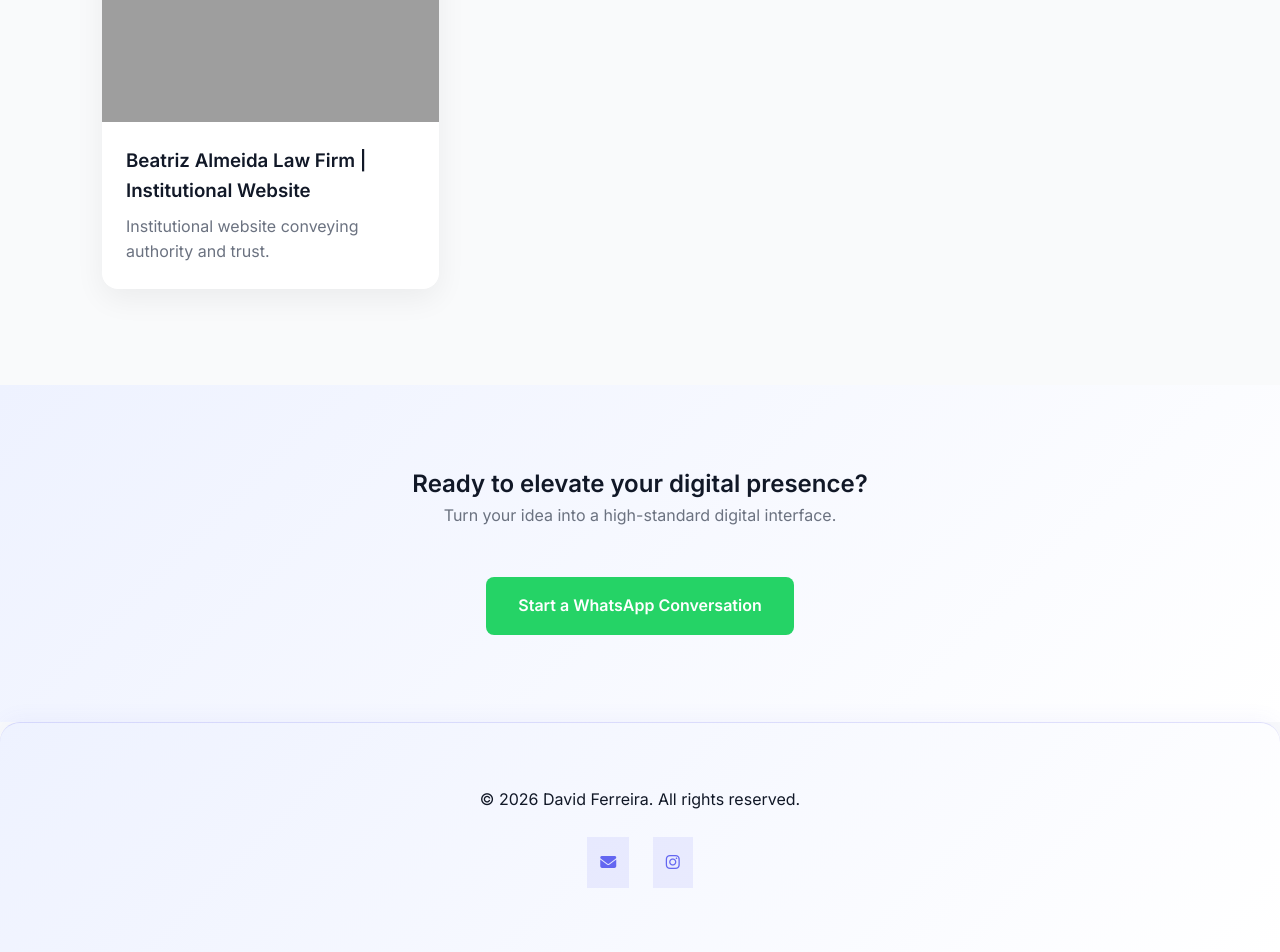
Repository: davidfsillva/David_Ferreira
Page: index.html
The author's editor kept a copy of each file at every save. The page is drawn from the files as they stood at one save, then again after the next save.
The browser window is 1280 px wide. The pictures show the part of the page from y = 1996 to 2948 px (the page is 2948 px tall).
Pictures or frames that could not be fetched are drawn as grey boxes.

Above is the page before, as saved 2026-02-11 15:16:43.
Console error: TypeError: Cannot read properties of null (reading 'addEventListener')

After the next save:
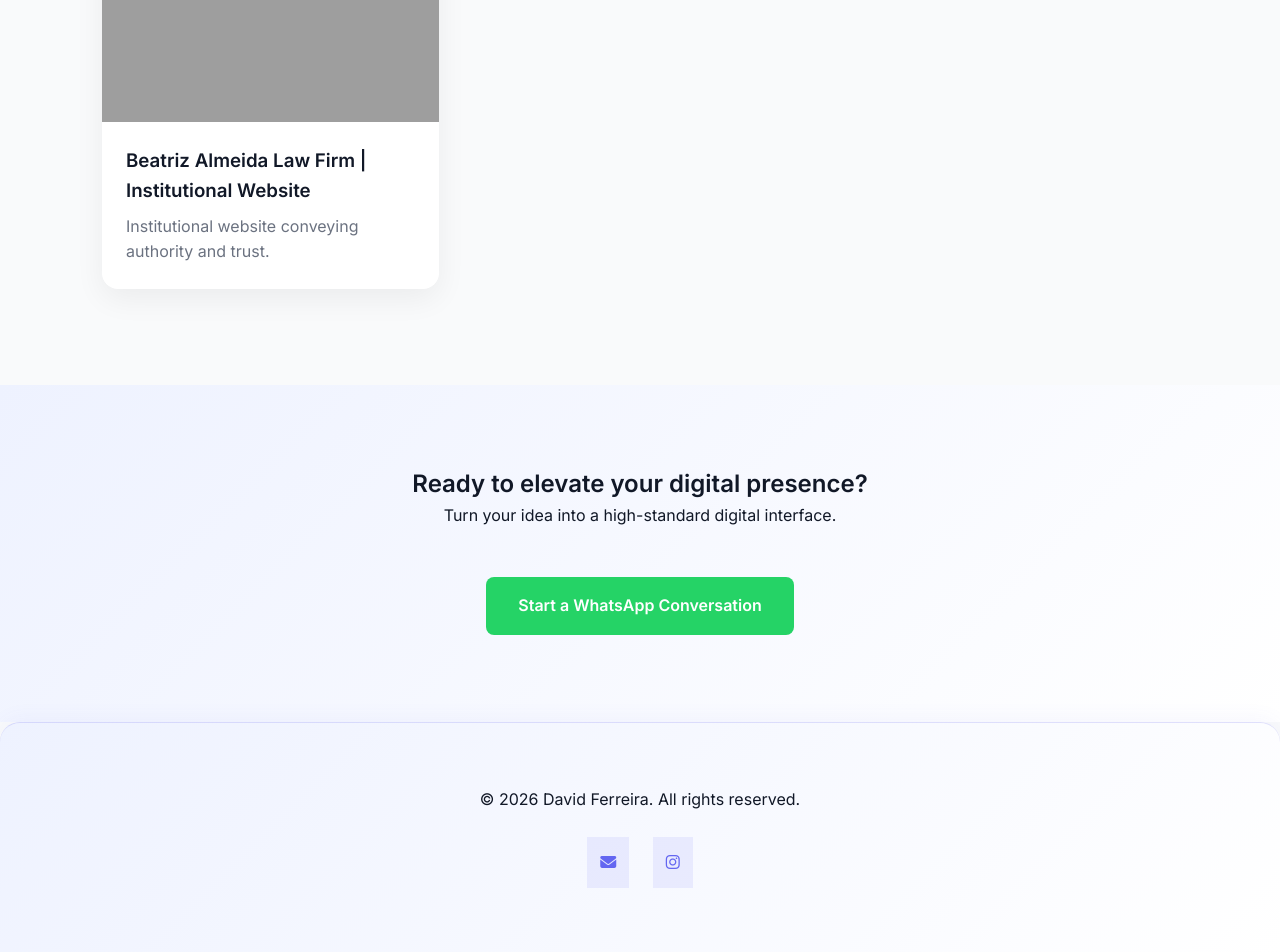
Saved 15 s later.
--- a/style.css
+++ b/style.css
@@ -444,7 +444,6 @@
 }
 
 .cta-section p {
-  color: var(--text-light);
   margin-bottom: 2.5rem; /* aumenta espaço abaixo do texto */
 }
 

After the save that followed:
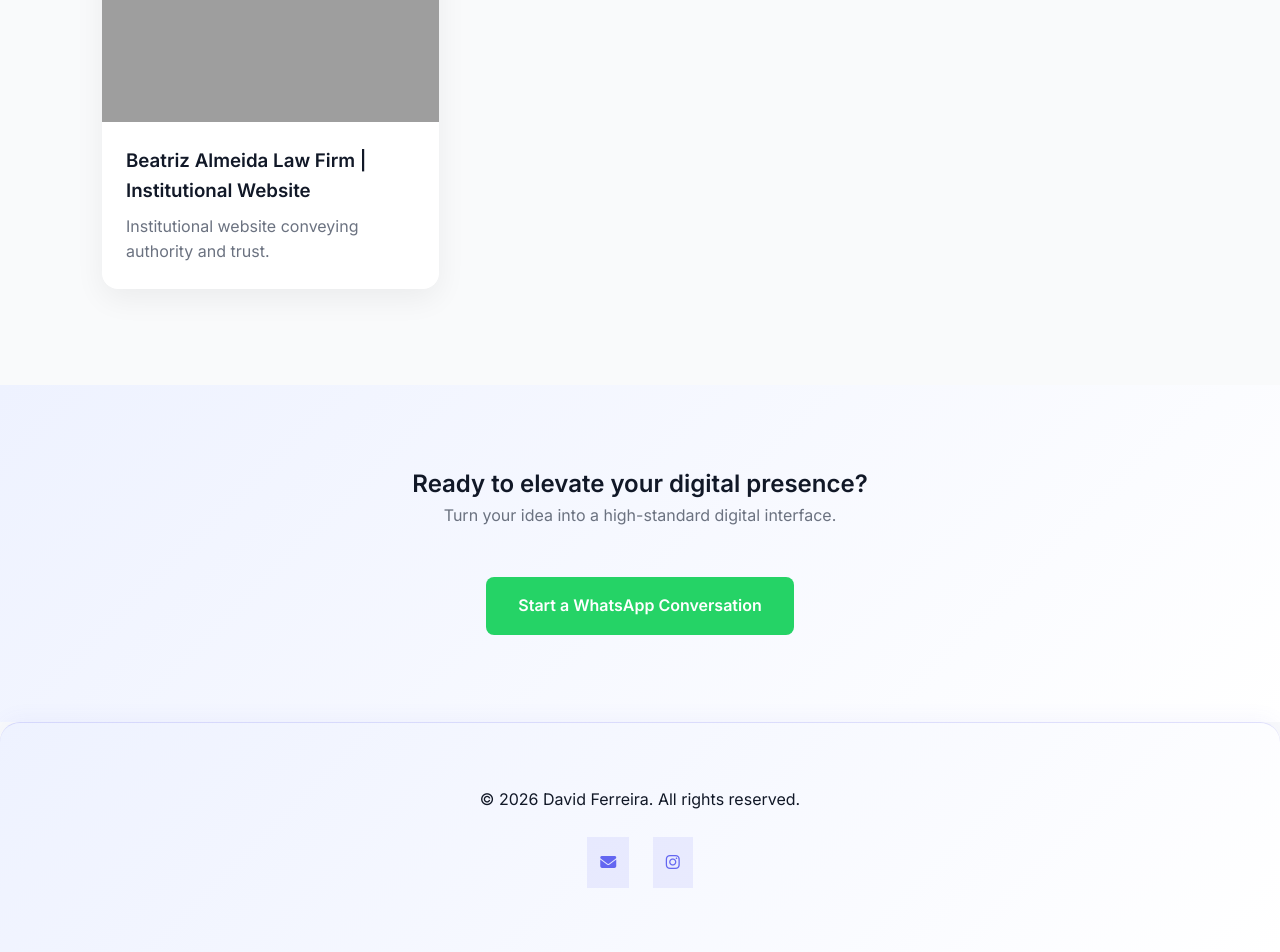
Saved 5 s later.
--- a/style.css
+++ b/style.css
@@ -444,6 +444,7 @@
 }
 
 .cta-section p {
+  color: var(--text-light);
   margin-bottom: 2.5rem; /* aumenta espaço abaixo do texto */
 }
 
